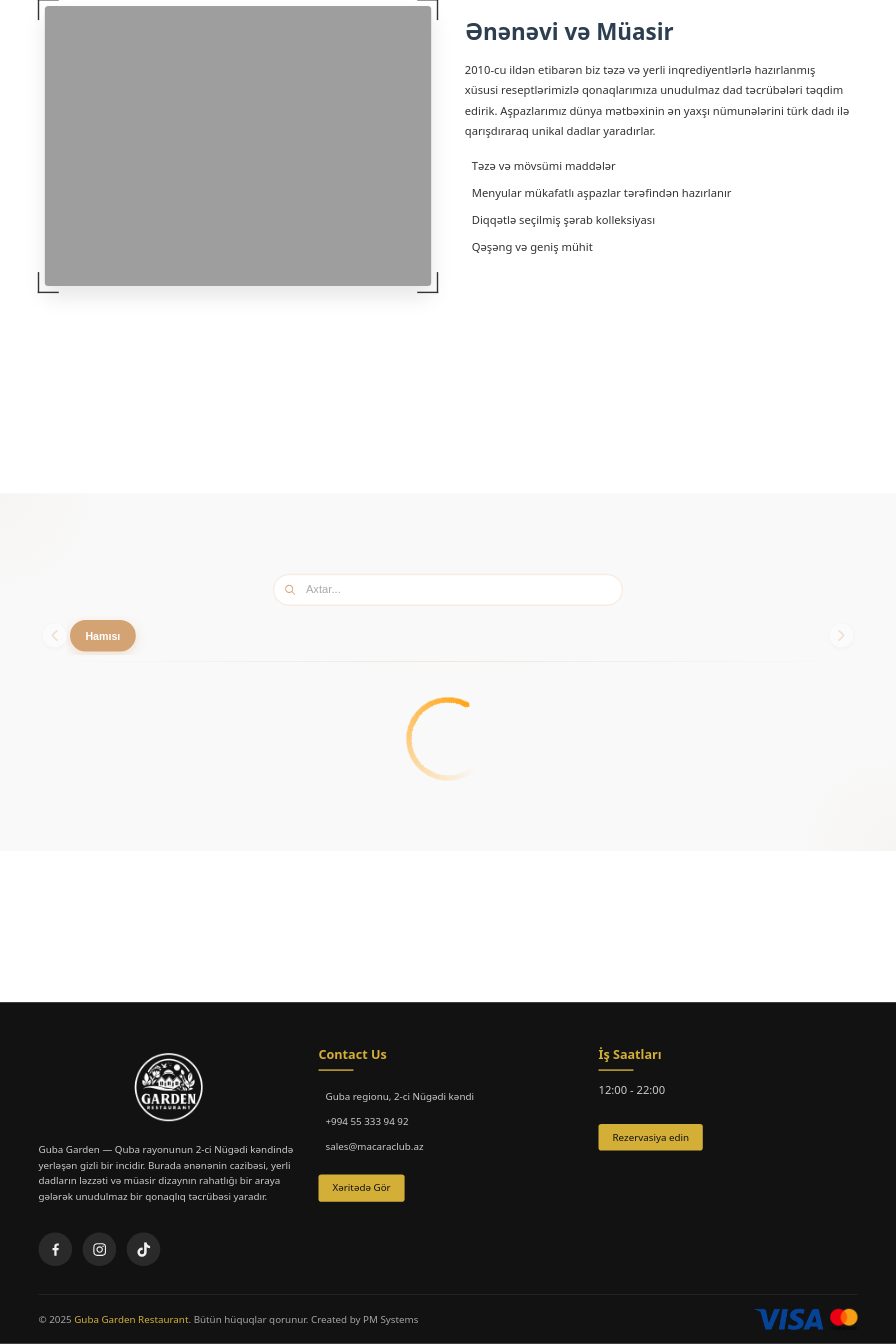
Repository: ferhadsultan98/menu-macara
Page: /
An editor plug-in stored every save of this project. The page is shown before and after the next save, followed by the edit.
The browser window is 1280 px wide. The pictures show the part of the page from y = 954 to 2874 px (the page is 2874 px tall before and 2442 px after), at 70% of full size.
Pictures or frames that could not be fetched are drawn as grey boxes. The page's requests for data from a server got no answer. The project was rebuilt for these pictures with package versions that can differ from the ones it lists, and the page was loaded fresh each time. No one was signed in, and anything a server would have sent is missing. Also part of the build but not shown: vite.config.js.

Above is the page before, as saved 2025-04-18 11:13:05.

After the next save:
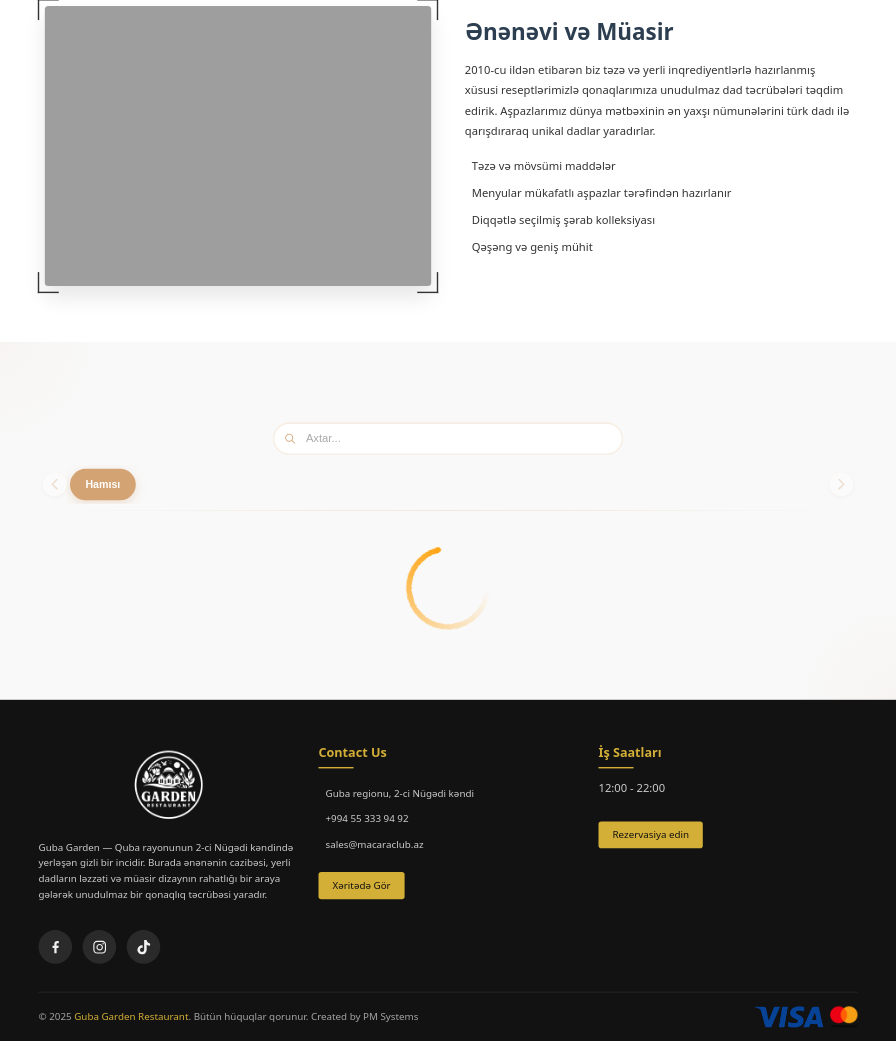
Saved 10 min 43 s later.
--- a/src/Pages/MenuSection/MenuSection.scss
+++ b/src/Pages/MenuSection/MenuSection.scss
@@ -95,7 +95,6 @@
   background-color: #f9f9f9;
   position: relative;
   overflow: hidden;
-  margin: 30vh 0;
 
   @include laptop {
     padding: 80px 0;
